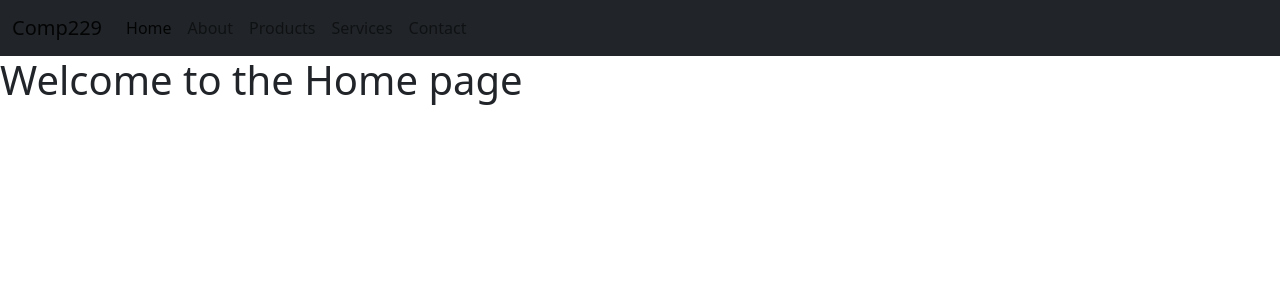
Repository: nhoque7/week3t.2
Page: http://localhost/
These files come from the project's save history. The page is drawn as it stood at one moment and after the next save; the edit follows.
The browser window is 1280 px wide. The pictures show the whole page.
The page is served by the project's Node server (server.js). Other server files are loaded and not shown.

Above is the page before, as saved 2022-10-13 14:41:58.

### views/index.ejs
<!DOCTYPE html>
<html lang="en">
<head>
  <meta charset="UTF-8">
  <meta http-equiv="X-UA-Compatible" content="IE=edge">
  <meta name="viewport" content="width=device-width, initial-scale=1.0">
  <title><%= title %></title>
  <!-- CSS Section -->
  <link rel="stylesheet" href="/bootstrap/dist/css/bootstrap.min.css">
  <link rel="stylesheet" href="/@fortawesome/fontawesome-free/css/all.min.css">
  <link rel='stylesheet' href='/Content/app.css' />

</head>
<body>
  <!--Main Navigation-->
  <nav class="navbar navbar-expand-lg bg-dark">
    <div class="container-fluid">
      <a class="navbar-brand" href="/">Comp229</a>
      <button class="navbar-toggler" type="button" data-bs-toggle="collapse" data-bs-target="#navbarSupportedContent" aria-controls="navbarSupportedContent" aria-expanded="false" aria-label="Toggle navigation">
        <span class="navbar-toggler-icon"></span>
      </button>

      <div class="collapse navbar-collapse" id="navbarSupportedContent">
        <ul class="navbar-nav me-auto mb-2 mb-lg-0">

          <li class="nav-item">
            <a class="nav-link active" aria-current="page" href="/home">Home</a>
          </li>

          <li class="nav-item">
            <a class="nav-link" aria-current="page" href="/about">About</a>
          </li>

          <li class="nav-item">
            <a class="nav-link" aria-current="page" href="/products">Products</a>
          </li>

          <li class="nav-item">
            <a class="nav-link" aria-current="page" href="/services">Services</a>
          </li>

          <li class="nav-item">
            <a class="nav-link" aria-current="page" href="/contact">Contact</a>
          </li>

      </div>
    </div>
  </nav>
  <h1>Welcome to the <%= title %> page</h1>





    <!-- Script Section -->
    <script src="/jquery/dist/jquery.min.js"></script>
    <script src="/bootstrap/dist/js/bootstrap.min.js"></script>
    <script src="/Scripts/app.js"></script>

</body>
</html>

### server.js
#!/usr/bin/env node

/**
 * Module dependencies.
 */

var app = require('./app');
var debug = require('debug')('week3.t.2:server');
var http = require('http');

/**
 * Get port from environment and store in Express.
 */

var port = normalizePort(process.env.PORT || '3000');
app.set('port', port);

/**
 * Create HTTP server.
 */

var server = http.createServer(app);

/**
 * Listen on provided port, on all network interfaces.
 */

server.listen(port);
server.on('error', onError);
server.on('listening', onListening);

/**
 * Normalize a port into a number, string, or false.
 */

function normalizePort(val) {
  var port = parseInt(val, 10);

  if (isNaN(port)) {
    // named pipe
    return val;
  }

  if (port >= 0) {
    // port number
    return port;
  }

  return false;
}

/**
 * Event listener for HTTP server "error" event.
 */

function onError(error) {
  if (error.syscall !== 'listen') {
    throw error;
  }

  var bind = typeof port === 'string'
    ? 'Pipe ' + port
    : 'Port ' + port;

  // handle specific listen errors with friendly messages
  switch (error.code) {
    case 'EACCES':
      console.error(bind + ' requires elevated privileges');
      process.exit(1);
      break;
    case 'EADDRINUSE':
      console.error(bind + ' is already in use');
      process.exit(1);
      break;
    default:
      throw error;
  }
}

/**
 * Event listener for HTTP server "listening" event.
 */

function onListening() {
  var addr = server.address();
  var bind = typeof addr === 'string'
    ? 'pipe ' + addr
    : 'port ' + addr.port;
  debug('Listening on ' + bind);
}

### routes/index.js
var express = require('express');
var router = express.Router();

/* GET home page. */
router.get('/', function(req, res, next) {
  res.render('index',
    { title: 'Home'});
});
/* GET home page. */
router.get('/home', function(req, res, next) {
  res.render('index',
    { title: 'Home'});
});
/* GET About page. */
router.get('/about', function(req, res, next) {
  res.render('index',
    { title: 'About'});
});
/* GET Products page. */
router.get('/products', function(req, res, next) {
  res.render('index',
    { title: 'Products'});
});
/* GET Services page. */
router.get('/services', function(req, res, next) {
  res.render('index',
    { title: 'Services'});
});

/* GET Contact Us page. */
router.get('/contact', function(req, res, next) {
  res.render('index',
    { title: 'Contact Us'});
});

module.exports = router;

### app.js
let createError = require('http-errors');
let express = require('express');
let path = require('path');
let cookieParser = require('cookie-parser');
let logger = require('morgan');

let indexRouter = require('./routes/index');
let usersRouter = require('./routes/users');

let app = express();

// view engine setup
app.set('views', path.join(__dirname, 'views'));
app.set('view engine', 'ejs');

app.use(logger('dev'));
app.use(express.json());
app.use(express.urlencoded({ extended: false }));
app.use(cookieParser());
app.use(express.static(path.join(__dirname, 'public')));
app.use(express.static(path.join(__dirname, 'node_modules')));

app.use('/', indexRouter);
app.use('/users', usersRouter);

// catch 404 and forward to error handler
app.use(function(req, res, next) {
  next(createError(404));
});

// error handler
app.use(function(err, req, res, next) {
  // set locals, only providing error in development
  res.locals.message = err.message;
  res.locals.error = req.app.get('env') === 'development' ? err : {};

  // render the error page
  res.status(err.status || 500);
  res.render('error');
});

module.exports = app;

### public/Content/app.css
/*custom css goes here

### public/Scripts/app.js
// IIFE -- Immediately Invoked Function Expression
(function(){
    function Start()
    {
        console.log("App Started...");
    }
    window.addEventListener("load", Start);

});

After the next save:
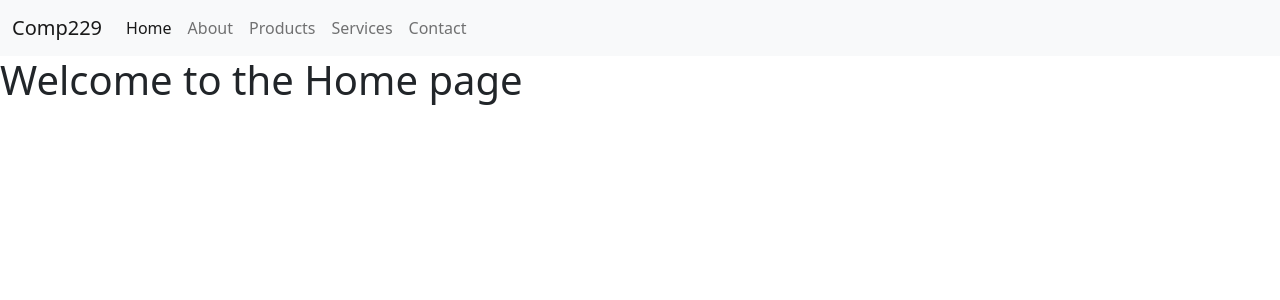
Saved 3 min 30 s later.
--- a/views/index.ejs
+++ b/views/index.ejs
@@ -13,7 +13,7 @@
 </head>
 <body>
   <!--Main Navigation-->
-  <nav class="navbar navbar-expand-lg bg-dark">
+  <nav class="navbar navbar-expand-lg bg-light">
     <div class="container-fluid">
       <a class="navbar-brand" href="/">Comp229</a>
       <button class="navbar-toggler" type="button" data-bs-toggle="collapse" data-bs-target="#navbarSupportedContent" aria-controls="navbarSupportedContent" aria-expanded="false" aria-label="Toggle navigation">
